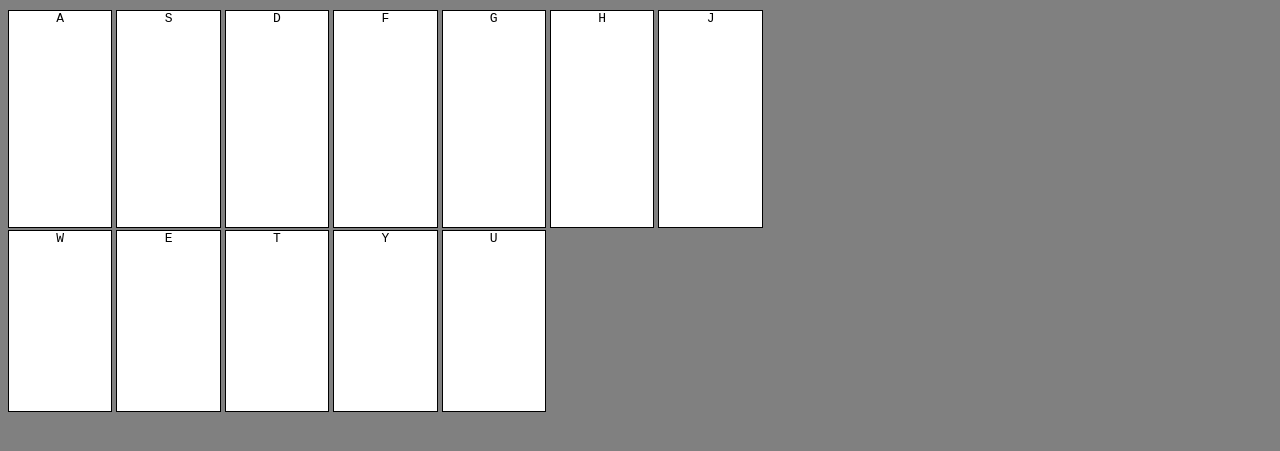
Repository: ctcoleman/Virtual-Piano
Page: index.html
These files come from the project's save history. The page is drawn as it stood at one moment and after the next save; the edit follows.
The browser window is 1280 px wide. The pictures show the whole page.

Above is the page before, as saved 2020-07-20 08:45:40.

### index.html
<!DOCTYPE html>
<html>

<head>
    <meta charset="utf-8">
    <link type="text/css" rel="stylesheet" href="./index.css">
    <title>Chris's Keyboard Piano</title>
</head>

<body>
    <div class="white-keys-container">
        <kbd class="white-key" id="KeyA">A</kbd>
        <kbd class="white-key" id="KeyS">S</kbd>
        <kbd class="white-key" id="KeyD">D</kbd>
        <kbd class="white-key" id="KeyF">F</kbd>
        <kbd class="white-key" id="KeyG">G</kbd>
        <kbd class="white-key" id="KeyH">H</kbd>
        <kbd class="white-key" id="KeyJ">J</kbd>
    </div>
    <div class="black-keys-container">
        <kbd class="black-key" id="KeyW">W</kbd>
        <kbd class="black-key" id="KeyE">E</kbd>
        <kbd class="black-key" id="KeyT">T</kbd>
        <kbd class="black-key" id="KeyY">Y</kbd>
        <kbd class="black-key" id="KeyU">U</kbd>
    </div>
    <script src="./index.js"></script>
</body>

</html>

### index.css
html {
    background: grey;
    color: black;
    box-sizing: border-box;
}

.white-key-container {
    margin: 15vh 15vw;
    width: 70vw;
    display: block;
}
.white-key {
    text-align: center;
    display: inline-block;
    min-width: 8vw;
    height: 30vh;
    background: white;
    border: 1px solid black;
}

.black-key-container {
    margin: 10vh 5vw;
    width: 20vw;
    display: block;
}
.black-key {
    text-align: center;
    display: inline-block;
    min-width: 8vw;
    height: 25vh;
    background: white;
    border: 1px solid black;
}

Loaded but not shown: index.js (no copy from this time; the picture is the same without it)

After the next save:
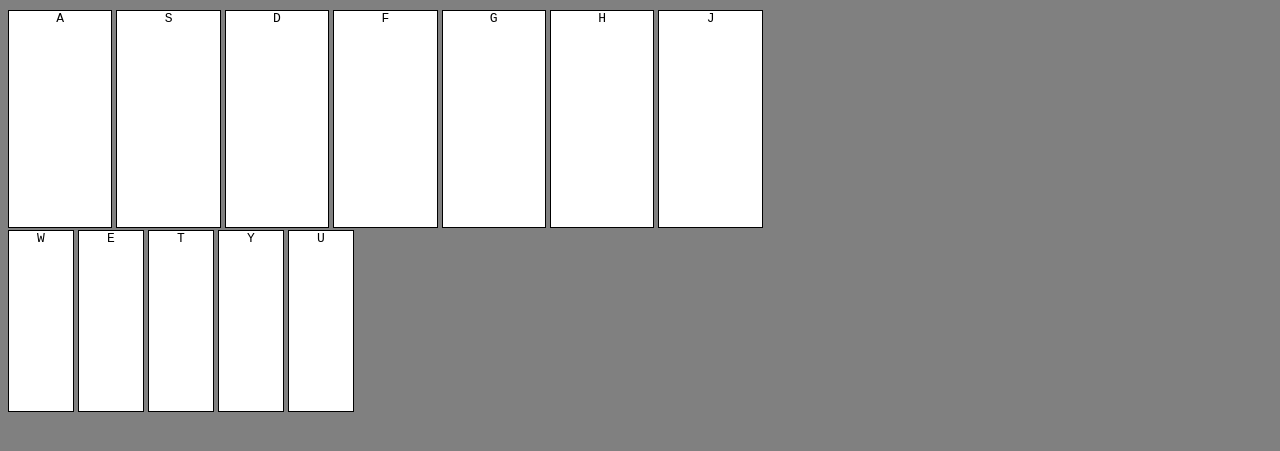
Saved 4 s later.
--- a/index.css
+++ b/index.css
@@ -26,7 +26,7 @@ html {
 .black-key {
     text-align: center;
     display: inline-block;
-    min-width: 8vw;
+    min-width: 5vw;
     height: 25vh;
     background: white;
     border: 1px solid black;
